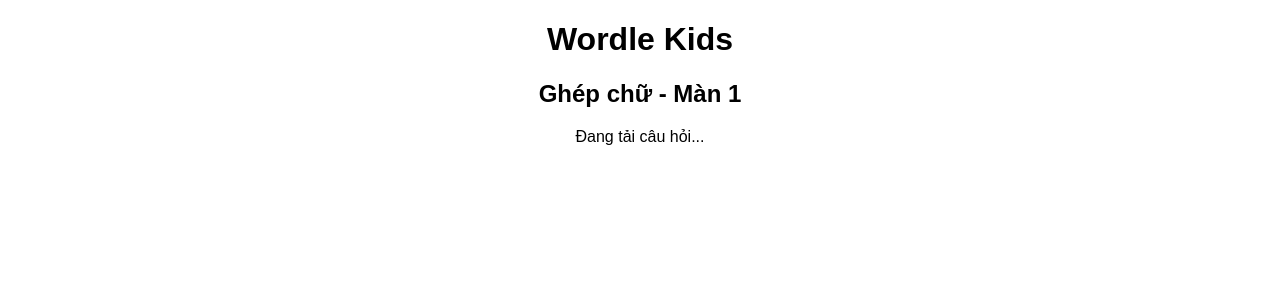
Repository: Hoang18769/wordle-kids
Page: /, after clicking the first element matching `button`
These files come from the project's save history. The page is drawn as it stood at one moment and after the next save; the edit follows.
The browser window is 1280 px wide. The pictures show the whole page.
The page's requests for data from a server got no answer. The project was rebuilt for these pictures with package versions that can differ from the ones it lists, and the page was loaded fresh each time. No one was signed in, and anything a server would have sent is missing. Also part of the build but not shown: src/components/MathQuiz.js.

Above is the page before, as saved 2025-03-11 23:08:38.

### src/components/WordMatch.js
import React, { useState, useEffect } from 'react';
import { db } from '../firebase';
import { collection, getDocs } from 'firebase/firestore';

function WordMatch() {
  const [questions, setQuestions] = useState([]); // Lưu danh sách câu hỏi
  const [level, setLevel] = useState(0); // Màn chơi hiện tại
  const [attempts, setAttempts] = useState(3);
  const [guess, setGuess] = useState('');

  useEffect(() => {
    const fetchQuestions = async () => {
      const querySnapshot = await getDocs(collection(db, 'questions'));
      const data = querySnapshot.docs
        .filter(doc => doc.data().game === 'word') // Lọc câu hỏi của game WordMatch
        .map(doc => doc.data());

      setQuestions(data);
    };

    fetchQuestions();
  }, []);

  const checkAnswer = () => {
    if (guess.toLowerCase() === questions[level]?.answer.toLowerCase()) {
      if (level < questions.length - 1) {
        setLevel(level + 1); // Chuyển sang màn tiếp theo
        setGuess('');
      } else {
        alert('🎉 Chúc mừng! Bạn đã hoàn thành tất cả màn chơi!');
      }
    } else {
      setAttempts(attempts - 1);
      if (attempts <= 1) {
        alert('😢 Bạn đã thua! Chơi lại nhé!');
        setLevel(0);
        setAttempts(3);
        setGuess('');
      }
    }
  };

  return (
    <div>
      <h2>Ghép chữ - Màn {level + 1}</h2>
      {questions.length > 0 ? (
        <>
          <p>Gợi ý: {questions[level]?.question}</p>
          <p>Còn {attempts} lượt</p>
          <input value={guess} onChange={(e) => setGuess(e.target.value)} />
          <button onClick={checkAnswer}>Kiểm tra</button>
        </>
      ) : (
        <p>Đang tải câu hỏi...</p>
      )}
    </div>
  );
}

export default WordMatch;

### src/firebase.js
// Import the functions you need from the SDKs you need
import { initializeApp } from "firebase/app";
import { getAnalytics } from "firebase/analytics";
import { getFirestore } from 'firebase/firestore';
// TODO: Add SDKs for Firebase products that you want to use
// https://firebase.google.com/docs/web/setup#available-libraries

// Your web app's Firebase configuration
// For Firebase JS SDK v7.20.0 and later, measurementId is optional
const firebaseConfig = {
  apiKey: "AIzaSyArJVQxI8sZj-L0wN2qvn8WEOcKcSXbWsE",
  authDomain: "wordle-kids.firebaseapp.com",
  projectId: "wordle-kids",
  storageBucket: "wordle-kids.firebasestorage.app",
  messagingSenderId: "109293410047",
  appId: "1:109293410047:web:96dde0c626fae3a6f11eca",
  measurementId: "G-S0EZ3S4GD8"
};

// Initialize Firebase
const app = initializeApp(firebaseConfig);
const analytics = getAnalytics(app);
export const db = getFirestore(app);

Loaded but not shown: public/index.html (common file); src/index.js (common file); src/index.css (common file); src/App.js (common file); src/reportWebVitals.js (common file); src/App.css (common file)

After the next save:
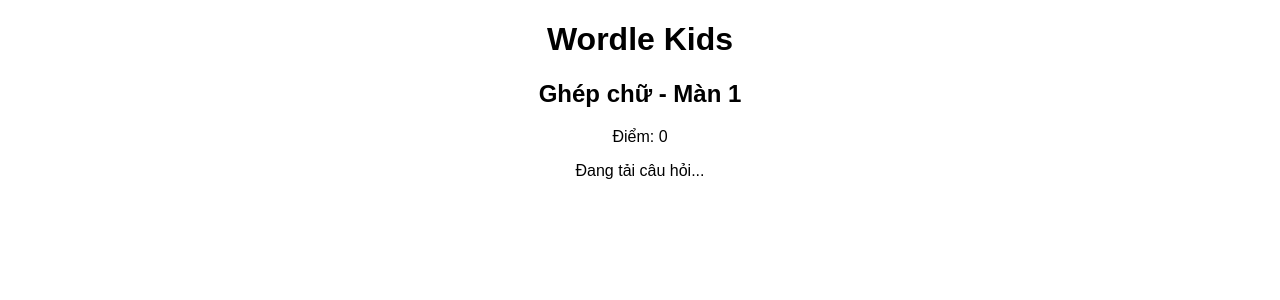
Saved 17 h 48 min later.
--- a/src/components/WordMatch.js
+++ b/src/components/WordMatch.js
@@ -1,41 +1,65 @@
 import React, { useState, useEffect } from 'react';
 import { db } from '../firebase';
-import { collection, getDocs } from 'firebase/firestore';
+import { collection, getDocs, doc, setDoc, getDoc } from 'firebase/firestore';
+
+const userId = "abc123"; // Giả sử ID người chơi (sẽ thay bằng Auth sau này)
 
 function WordMatch() {
-  const [questions, setQuestions] = useState([]); // Lưu danh sách câu hỏi
-  const [level, setLevel] = useState(0); // Màn chơi hiện tại
+  const [questions, setQuestions] = useState([]);
+  const [level, setLevel] = useState(0);
+  const [score, setScore] = useState(0);
   const [attempts, setAttempts] = useState(3);
   const [guess, setGuess] = useState('');
 
   useEffect(() => {
     const fetchQuestions = async () => {
       const querySnapshot = await getDocs(collection(db, 'questions'));
-      const data = querySnapshot.docs
-        .filter(doc => doc.data().game === 'word') // Lọc câu hỏi của game WordMatch
-        .map(doc => doc.data());
-
+      const data = querySnapshot.docs.filter(doc => doc.data().game === 'word').map(doc => doc.data());
       setQuestions(data);
     };
 
+    const loadProgress = async () => {
+      const docRef = doc(db, 'progress', userId);
+      const docSnap = await getDoc(docRef);
+      if (docSnap.exists()) {
+        setLevel(docSnap.data().level || 0);
+        setScore(docSnap.data().score || 0);
+      }
+    };
+
     fetchQuestions();
+    loadProgress();
   }, []);
+
+  const saveProgress = async (newLevel, newScore) => {
+    await setDoc(doc(db, 'progress', userId), {
+      userId,
+      game: "wordmatch",
+      level: newLevel,
+      score: newScore,
+      timestamp: new Date().toISOString(),
+    });
+  };
 
   const checkAnswer = () => {
     if (guess.toLowerCase() === questions[level]?.answer.toLowerCase()) {
+      const newScore = score + 500;
       if (level < questions.length - 1) {
-        setLevel(level + 1); // Chuyển sang màn tiếp theo
-        setGuess('');
+        setLevel(level + 1);
+        setScore(newScore);
+        saveProgress(level + 1, newScore);
       } else {
         alert('🎉 Chúc mừng! Bạn đã hoàn thành tất cả màn chơi!');
       }
+      setGuess('');
     } else {
       setAttempts(attempts - 1);
       if (attempts <= 1) {
         alert('😢 Bạn đã thua! Chơi lại nhé!');
         setLevel(0);
+        setScore(0);
         setAttempts(3);
-        setGuess('');
+        saveProgress(0, 0);
       }
     }
   };
@@ -43,6 +67,7 @@ function WordMatch() {
   return (
     <div>
       <h2>Ghép chữ - Màn {level + 1}</h2>
+      <p>Điểm: {score}</p>
       {questions.length > 0 ? (
         <>
           <p>Gợi ý: {questions[level]?.question}</p>
